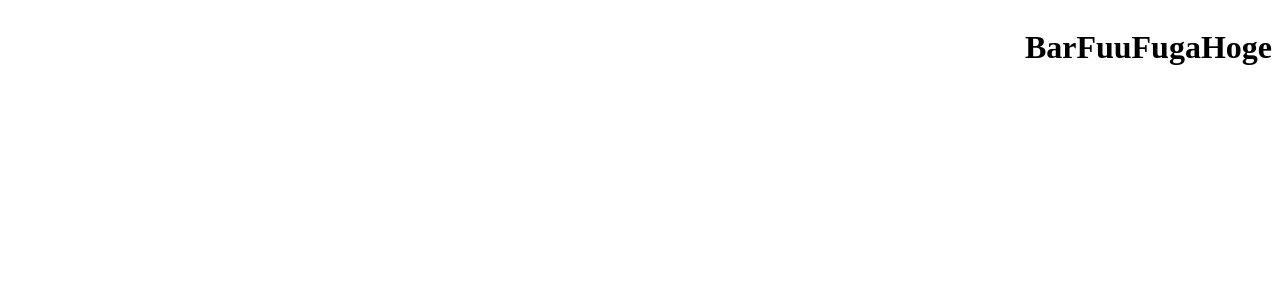
Repository: IzIzKen/samurai_HTML-CSS
Page: HTML CSSを学びWebプログラミングの第一歩を踏み出そう/14章 Flexbox/index2.html
The author's editor kept a record of every edit. The page is drawn from the files as they stood at one moment, then again after the next edit.
The browser window is 1280 px wide. The pictures show the whole page.

Above is the page before.

After the next edit:
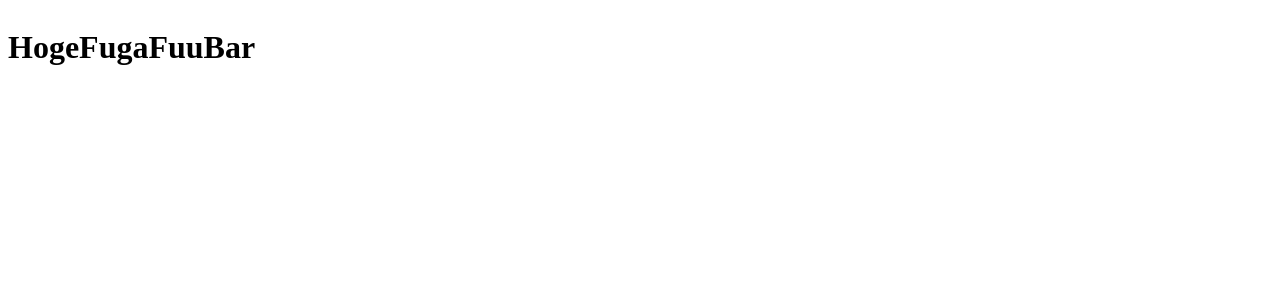
The edit:
--- a/HTML CSSを学びWebプログラミングの第一歩を踏み出そう/14章 Flexbox/index2.html
+++ b/HTML CSSを学びWebプログラミングの第一歩を踏み出そう/14章 Flexbox/index2.html
@@ -5,7 +5,7 @@
     <style>
         #flex-flow {
             display: flex;
-            flex-flow: row-reverse wrap;
+            flex-flow: row wrap;
         }
     </style>
 </head>
